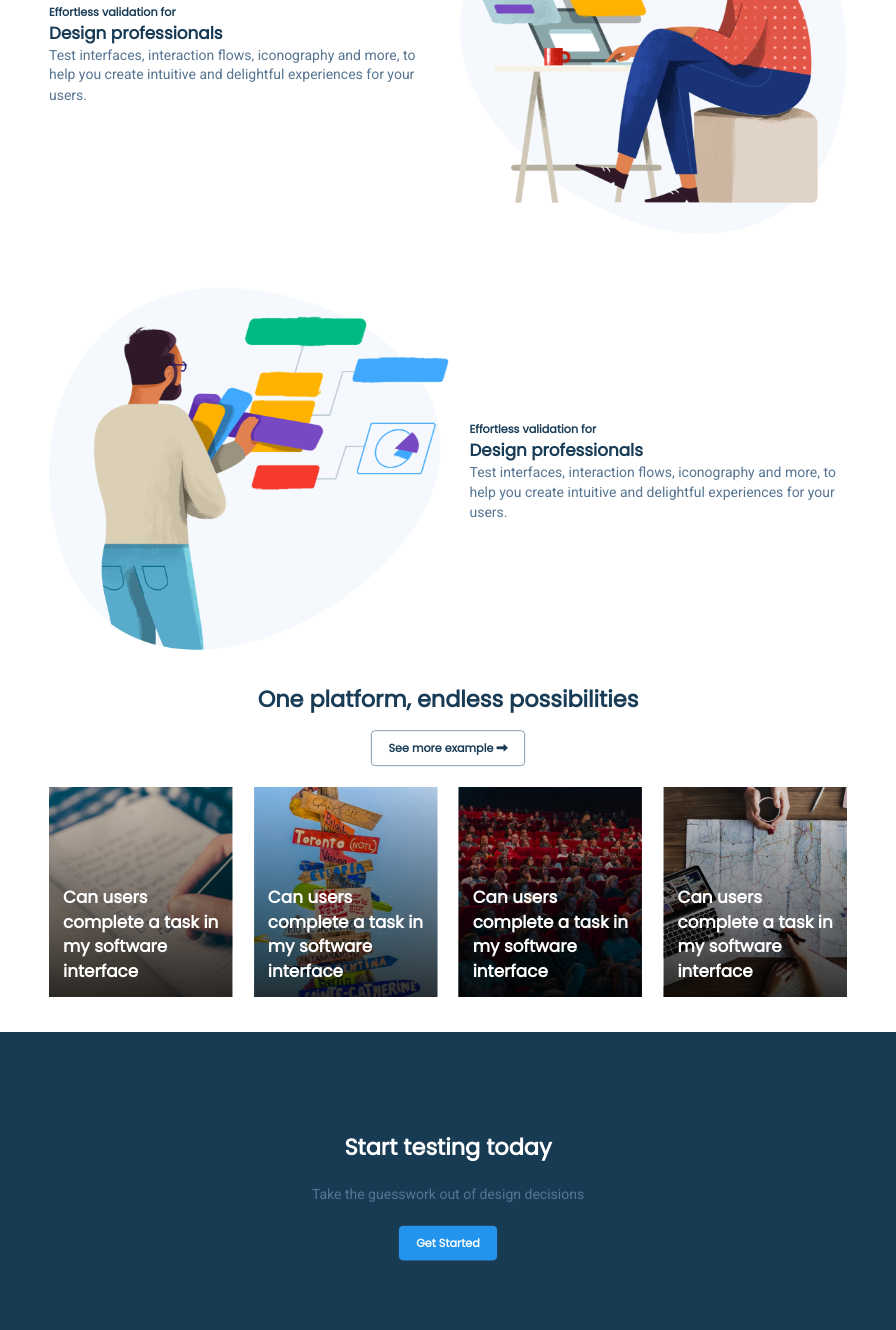
Repository: ramlakhan1/clone1
Page: index.html
The author's editor kept a copy of each file at every save. The page is drawn from the files as they stood at one save, then again after a run of saves.
The browser window is 1280 px wide. The pictures show the part of the page from y = 2606 to 4526 px (the page is 4506 px tall before and 4526 px after), at 70% of full size.
Some web libraries are served in a nearby version.

Above is the page before, as saved 2022-11-29 21:56:02.

After the next 7 saves:
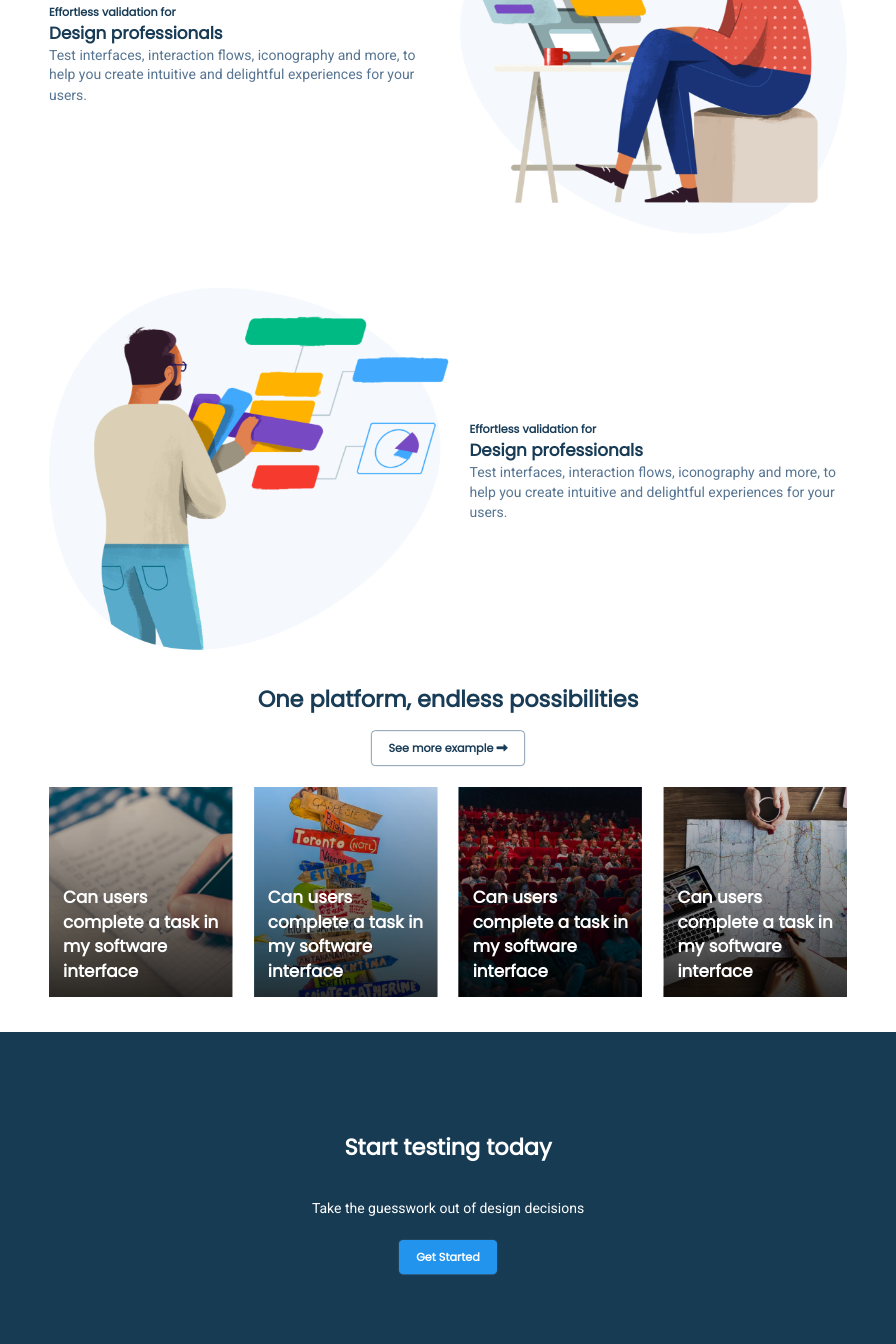
The 7 saves are shown as one change because they came seconds apart.
The last was saved 17 s later.
--- a/style.css
+++ b/style.css
@@ -225,4 +225,7 @@
     padding: 120px var(--padding-inline-section) 80px;
     background-color: #183b54;
 }
-.cts
+.cta-section-container p {
+    color: white;
+    margin-top: 20px;
+}
